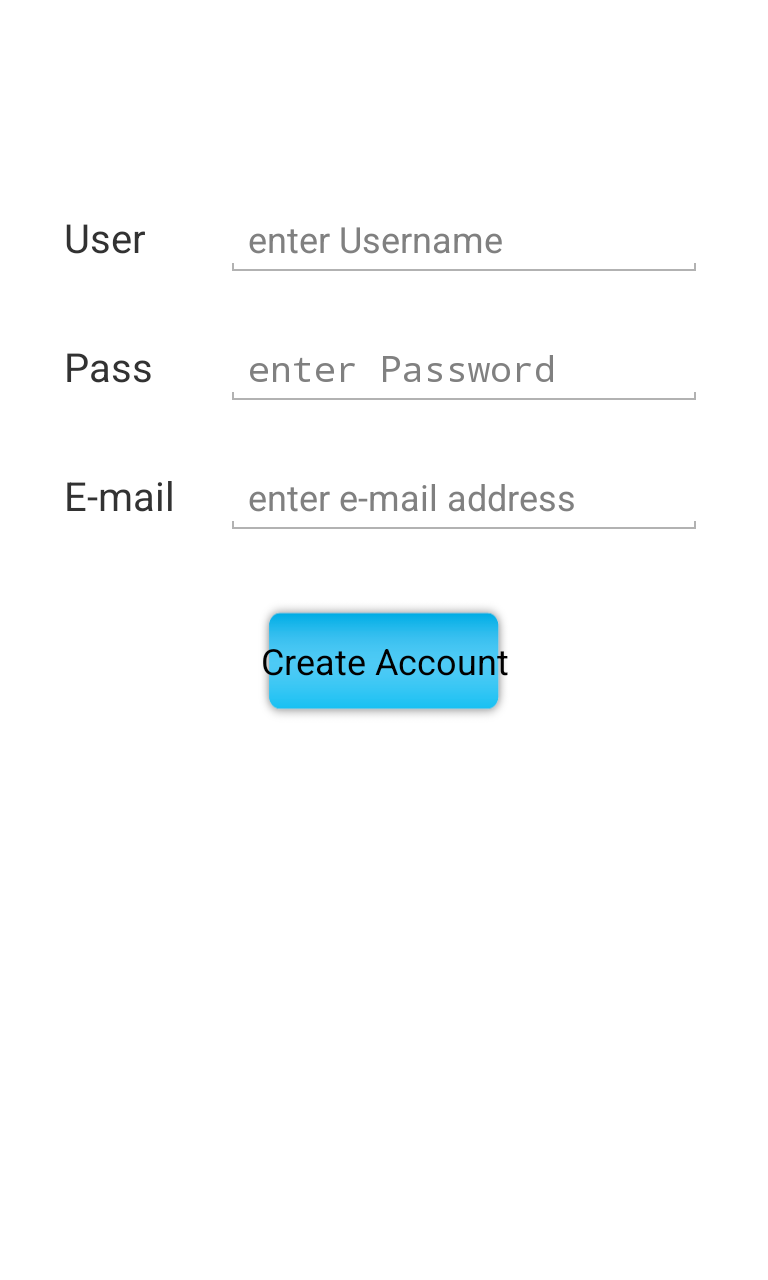
Repository: frebblegameteam/FrebbleApp
Layout: Frebble/res/layout/activity_sign_up.xml
These files come from the project's save history. The layout is drawn as it stood at one moment and after the next save; the edit follows.
It is drawn on a 768 x 1280 px phone screen (xhdpi) without system bars, with theme FrebbleABTheme; the app's code is not run.

Above is the layout before, as saved 2014-10-08 14:05:14.

### Frebble/res/layout/activity_sign_up.xml
<RelativeLayout xmlns:android="http://schemas.android.com/apk/res/android"
    xmlns:tools="http://schemas.android.com/tools"
    android:layout_width="match_parent"
    android:layout_height="match_parent"
    android:paddingLeft="@dimen/activity_horizontal_margin"
    android:paddingRight="@dimen/activity_horizontal_margin"
    tools:context="com.hollandhaptics.frebble.SignUpActivity" >

    <LinearLayout
        android:id="@+id/L00"
        android:layout_width="match_parent"
        android:layout_height="wrap_content"
        android:layout_marginTop="100dp"
        android:orientation="horizontal">

        <TextView android:layout_width="0dp"
       		android:layout_weight="1"
        	android:layout_height="wrap_content"
        	android:textSize="20sp"
        	android:text="@string/User"/>

        <EditText android:id="@+id/userField"
    	    android:layout_width="0dp"
        	android:layout_weight="3"
        	android:layout_height="wrap_content"
        	android:hint="@string/userHint"/>
        </LinearLayout>

        <LinearLayout android:id="@+id/L01"
        android:layout_width="match_parent"
        android:layout_height="wrap_content"
        android:layout_below="@id/L00"
        android:layout_marginTop="25dp"
        android:orientation="horizontal">

        <TextView android:layout_width="0dp"
            android:layout_weight="1"
        	android:layout_height="wrap_content"
        	android:textSize="20sp"
        	android:text="@string/Password"/>

        <EditText android:id="@+id/passwordField"
            android:inputType="textPassword"
            android:layout_width="0dp"
        	android:layout_weight="3"
        	android:layout_height="wrap_content"
        	android:hint="@string/passwordHint"/>
        </LinearLayout>

        <LinearLayout android:id="@+id/L02"
        android:layout_width="match_parent"
        android:layout_height="wrap_content"
        android:layout_below="@id/L01"
        android:layout_marginTop="25dp"
        android:orientation="horizontal">

        <TextView android:layout_width="0dp"
            android:layout_weight="1"
        	android:layout_height="wrap_content"
        	android:textSize="20sp"
        	android:text="@string/Email"/>

        <EditText android:id="@+id/emailField"
            android:inputType="textEmailAddress"
            android:layout_width="0dp"
        	android:layout_weight="3"
        	android:layout_height="wrap_content"
        	android:hint="@string/emailHint"/>
        </LinearLayout>

        <Button
            android:id="@+id/createAccButton"
            android:layout_width="128dp"
            android:layout_height="64dp"
            android:layout_below="@id/L02"
            android:layout_centerHorizontal="true"
            android:layout_marginTop="30dp"
            android:background="@drawable/button"
            android:text="@string/createAccText" />

</RelativeLayout>

### Frebble/res/values/styles.xml
<resources xmlns:android="http://schemas.android.com/apk/res/android">

    <!--
        Base application theme, dependent on API level. This theme is replaced
        by AppBaseTheme from res/values-vXX/styles.xml on newer devices.
    -->
    <style name="AppBaseTheme" parent="Theme.AppCompat.Light">
        <!--
            Theme customizations available in newer API levels can go in
            res/values-vXX/styles.xml, while customizations related to
            backward-compatibility can go here.
        -->
    </style>

    <!-- Application theme. -->
    <style name="AppTheme" parent="AppBaseTheme">
        <!-- All customizations that are NOT specific to a particular API-level can go here. -->
    </style>

    <style name="FrebbleABTheme"
        parent="@android:style/Theme.Holo.Light.DarkActionBar">
        <item name="android:actionBarStyle">@style/frebbleABStyle</item>
    </style>

    <style name="frebbleABStyle"
        parent="@android:style/Widget.Holo.Light.ActionBar.Solid.Inverse">
        <item name="android:background">@drawable/balk</item>

    </style>


</resources>

### Frebble/res/values/strings.xml
<?xml version="1.0" encoding="utf-8"?>
<resources>


    <string name="action_settings">Settings</string>
    <string name="User">User</string>
    <string name="userHint">enter Username</string>
    <string name="Password">Pass</string>
    <string name="passwordHint">enter Password</string>
    <string name="loginText">Log in</string>
    <string name="noAccount">No account?</string>
    <string name="signupText">Sign up</string>
    <string name="title_activity_sign_up">Sign up</string>
    <string name="Email">E-mail</string>
    <string name="emailHint">enter e-mail address</string>
    <string name="createAccText">Create Account</string>
    <string name="title_activity_settings">Settings</string>
    <string name="connectInfo">Enter partner\'s ID or e-mail</string>
    <string name="connectHint">ID or e-mail</string>
    <string name="OK">OK</string>
    <string name="Logout">Log out</string>
    <string name="Cancel">Cancel</string>
    <string name="title_activity_connect">Connect</string>
    <string name="placeholderSettings">Settings</string>
    <string name="placeholderConnect">Connect</string>
    <string name="title_activity_home">Frebble</string>
    <string name="homeInfo">tap "connect" button to start connecting</string>
    <string name="title_activity_notification_handler">NotificationHandler</string>
    <string name="hello_world">Hello world!</string>

</resources>

Loaded but not shown: Frebble/res/values-w820dp/dimens.xml (common file); Frebble/res/values/dimens.xml (common file)

After the next save:
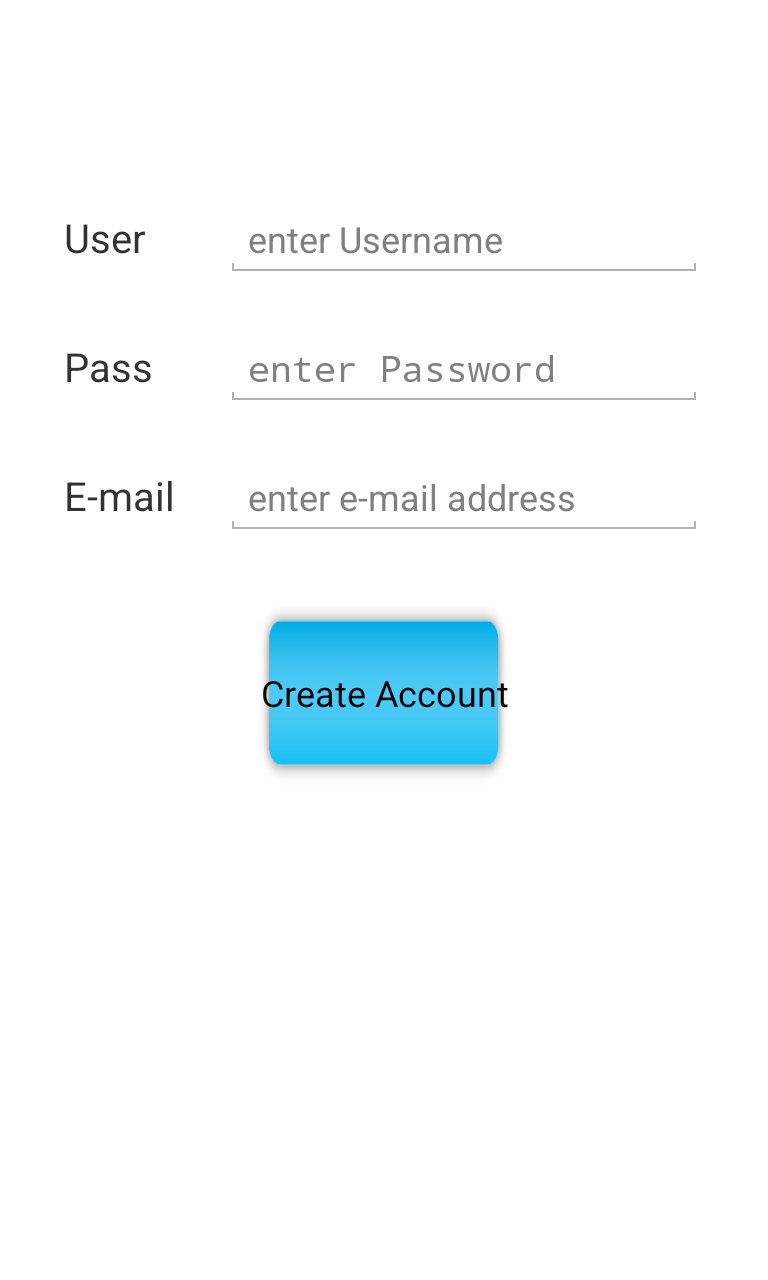
Saved 28 s later.
--- a/Frebble/res/layout/activity_sign_up.xml
+++ b/Frebble/res/layout/activity_sign_up.xml
@@ -71,7 +71,7 @@
         <Button
             android:id="@+id/createAccButton"
             android:layout_width="128dp"
-            android:layout_height="64dp"
+            android:layout_height="96dp"
             android:layout_below="@id/L02"
             android:layout_centerHorizontal="true"
             android:layout_marginTop="30dp"
